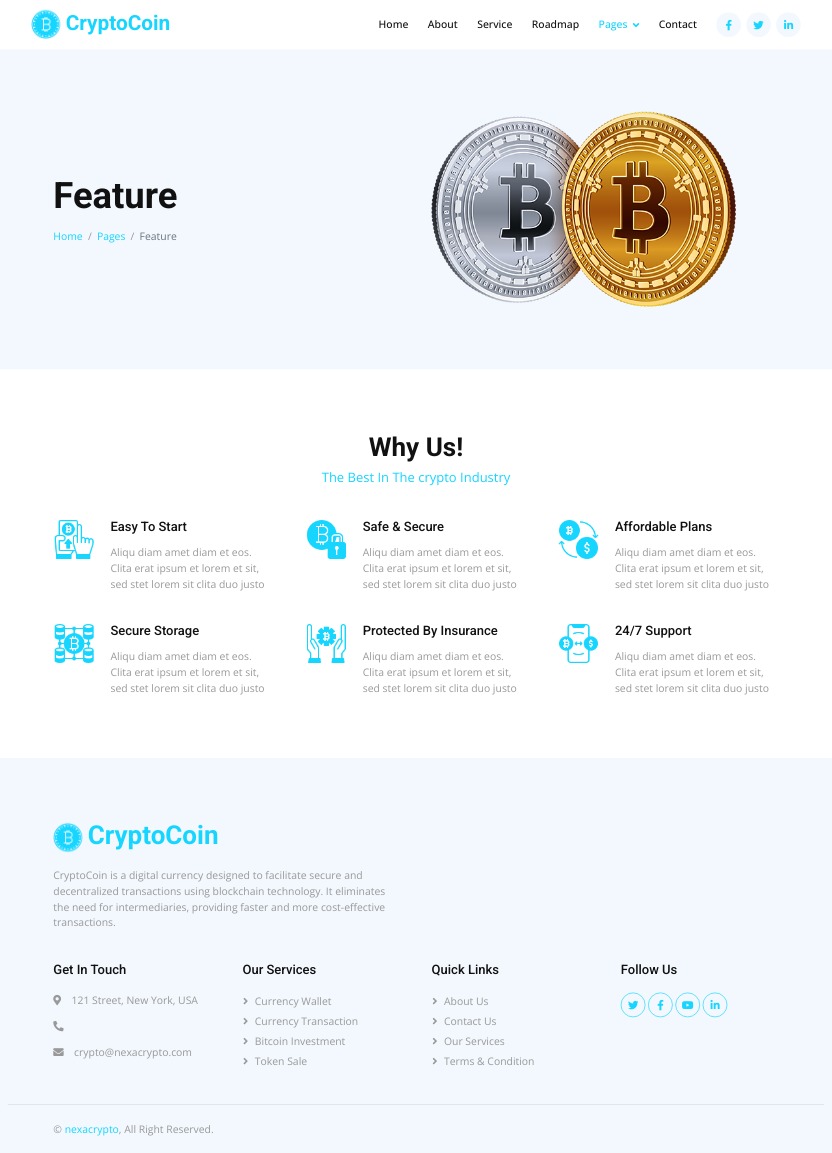
Repository: meenadabhii/nexacrypto
Page: feature.html
The author's editor kept a copy of each file at every save. The page is drawn from the files as they stood at one save, then again after the next save.
The browser window is 1280 px wide. The pictures show the whole page, at 65% of full size.
Some web libraries are served in a nearby version.

Above is the page before, as saved 2025-03-21 17:09:50.

### feature.html
<!DOCTYPE html>
<html lang="en">

<head>
    <meta charset="utf-8">
    <title>CryptoCoin - Free Cryptocurrency Website Template</title>
    <meta content="width=device-width, initial-scale=1.0" name="viewport">
    <meta content="" name="keywords">
    <meta content="" name="description">

    <!-- Favicon -->
    <link href="img/favicon.ico" rel="icon">

    <!-- Google Web Fonts -->
    <link rel="preconnect" href="https://fonts.googleapis.com">
    <link rel="preconnect" href="https://fonts.gstatic.com" crossorigin>
    <link href="https://fonts.googleapis.com/css2?family=Open+Sans:wght@400;500&family=Roboto:wght@500;700&display=swap" rel="stylesheet">

    <!-- Icon Font Stylesheet -->
    <link href="https://cdnjs.cloudflare.com/ajax/libs/font-awesome/5.10.0/css/all.min.css" rel="stylesheet">
    <link href="https://cdn.jsdelivr.net/npm/bootstrap-icons@1.4.1/font/bootstrap-icons.css" rel="stylesheet">

    <!-- Libraries Stylesheet -->
    <link href="lib/animate/animate.min.css" rel="stylesheet">
    <link href="lib/owlcarousel/assets/owl.carousel.min.css" rel="stylesheet">

    <!-- Customized Bootstrap Stylesheet -->
    <link href="css/bootstrap.min.css" rel="stylesheet">

    <!-- Template Stylesheet -->
    <link href="css/style.css" rel="stylesheet">
</head>

<body>
    <!-- Spinner Start -->
    <div id="spinner" class="show bg-white position-fixed translate-middle w-100 vh-100 top-50 start-50 d-flex align-items-center justify-content-center">
        <div class="spinner-grow text-primary" role="status"></div>
    </div>
    <!-- Spinner End -->


    <!-- Navbar Start -->
    <nav class="navbar navbar-expand-lg bg-white navbar-light sticky-top p-0 px-4 px-lg-5">
        <a href="index.html" class="navbar-brand d-flex align-items-center">
            <h2 class="m-0 text-primary"><img class="img-fluid me-2" src="img/icon-1.png" alt="" style="width: 45px;">CryptoCoin</h2>
        </a>
        <button type="button" class="navbar-toggler" data-bs-toggle="collapse" data-bs-target="#navbarCollapse">
            <span class="navbar-toggler-icon"></span>
        </button>
        <div class="collapse navbar-collapse" id="navbarCollapse">
            <div class="navbar-nav ms-auto py-4 py-lg-0">
                <a href="index.html" class="nav-item nav-link">Home</a>
                <a href="about.html" class="nav-item nav-link">About</a>
                <a href="service.html" class="nav-item nav-link">Service</a>
                <a href="roadmap.html" class="nav-item nav-link">Roadmap</a>
                <div class="nav-item dropdown">
                    <a href="#" class="nav-link dropdown-toggle active" data-bs-toggle="dropdown">Pages</a>
                    <div class="dropdown-menu shadow-sm m-0">
                        <a href="feature.html" class="dropdown-item active">Feature</a>
                        <a href="token.html" class="dropdown-item">Token Sale</a>
                        <a href="faq.html" class="dropdown-item">FAQs</a>
                        <a href="404.html" class="dropdown-item">404 Page</a>
                    </div>
                </div>
                <a href="contact.html" class="nav-item nav-link">Contact</a>
            </div>
            <div class="h-100 d-lg-inline-flex align-items-center d-none">
                <a class="btn btn-square rounded-circle bg-light text-primary me-2" href=""><i class="fab fa-facebook-f"></i></a>
                <a class="btn btn-square rounded-circle bg-light text-primary me-2" href=""><i class="fab fa-twitter"></i></a>
                <a class="btn btn-square rounded-circle bg-light text-primary me-0" href=""><i class="fab fa-linkedin-in"></i></a>
            </div>
        </div>
    </nav>
    <!-- Navbar End -->


    <!-- Header Start -->
    <div class="container-fluid hero-header bg-light py-5 mb-5">
        <div class="container py-5">
            <div class="row g-5 align-items-center">
                <div class="col-lg-6">
                    <h1 class="display-4 mb-3 animated slideInDown">Feature</h1>
                    <nav aria-label="breadcrumb animated slideInDown">
                        <ol class="breadcrumb mb-0">
                            <li class="breadcrumb-item"><a href="#">Home</a></li>
                            <li class="breadcrumb-item"><a href="#">Pages</a></li>
                            <li class="breadcrumb-item active" aria-current="page">Feature</li>
                        </ol>
                    </nav>
                </div>
                <div class="col-lg-6 animated fadeIn">
                    <img class="img-fluid animated pulse infinite" style="animation-duration: 3s;" src="img/hero-2.png" alt="">
                </div>
            </div>
        </div>
    </div>
    <!-- Header End -->


    <!-- Features Start -->
    <div class="container-xxl py-5">
        <div class="container">
            <div class="text-center mx-auto wow fadeInUp" data-wow-delay="0.1s" style="max-width: 500px;">
                <h1 class="display-6">Why Us!</h1>
                <p class="text-primary fs-5 mb-5">The Best In The crypto Industry</p>
            </div>
            <div class="row g-5">
                <div class="col-lg-4 col-md-6 wow fadeInUp" data-wow-delay="0.1s">
                    <div class="d-flex align-items-start">
                        <img class="img-fluid flex-shrink-0" src="img/icon-7.png" alt="">
                        <div class="ps-4">
                            <h5 class="mb-3">Easy To Start</h5>
                            <span>Aliqu diam amet diam et eos. Clita erat ipsum et lorem et sit, sed stet lorem sit clita duo justo</span>
                        </div>
                    </div>
                </div>
                <div class="col-lg-4 col-md-6 wow fadeInUp" data-wow-delay="0.3s">
                    <div class="d-flex align-items-start">
                        <img class="img-fluid flex-shrink-0" src="img/icon-6.png" alt="">
                        <div class="ps-4">
                            <h5 class="mb-3">Safe & Secure</h5>
                            <span>Aliqu diam amet diam et eos. Clita erat ipsum et lorem et sit, sed stet lorem sit clita duo justo</span>
                        </div>
                    </div>
                </div>
                <div class="col-lg-4 col-md-6 wow fadeInUp" data-wow-delay="0.5s">
                    <div class="d-flex align-items-start">
                        <img class="img-fluid flex-shrink-0" src="img/icon-5.png" alt="">
                        <div class="ps-4">
                            <h5 class="mb-3">Affordable Plans</h5>
                            <span>Aliqu diam amet diam et eos. Clita erat ipsum et lorem et sit, sed stet lorem sit clita duo justo</span>
                        </div>
                    </div>
                </div>
                <div class="col-lg-4 col-md-6 wow fadeInUp" data-wow-delay="0.1s">
                    <div class="d-flex align-items-start">
                        <img class="img-fluid flex-shrink-0" src="img/icon-4.png" alt="">
                        <div class="ps-4">
                            <h5 class="mb-3">Secure Storage</h5>
                            <span>Aliqu diam amet diam et eos. Clita erat ipsum et lorem et sit, sed stet lorem sit clita duo justo</span>
                        </div>
                    </div>
                </div>
                <div class="col-lg-4 col-md-6 wow fadeInUp" data-wow-delay="0.3s">
                    <div class="d-flex align-items-start">
                        <img class="img-fluid flex-shrink-0" src="img/icon-3.png" alt="">
                        <div class="ps-4">
                            <h5 class="mb-3">Protected By Insurance</h5>
                            <span>Aliqu diam amet diam et eos. Clita erat ipsum et lorem et sit, sed stet lorem sit clita duo justo</span>
                        </div>
                    </div>
                </div>
                <div class="col-lg-4 col-md-6 wow fadeInUp" data-wow-delay="0.5s">
                    <div class="d-flex align-items-start">
                        <img class="img-fluid flex-shrink-0" src="img/icon-8.png" alt="">
                        <div class="ps-4">
                            <h5 class="mb-3">24/7 Support</h5>
                            <span>Aliqu diam amet diam et eos. Clita erat ipsum et lorem et sit, sed stet lorem sit clita duo justo</span>
                        </div>
                    </div>
                </div>
            </div>
        </div>
    </div>
    <!-- Features End -->


    <!-- Footer Start -->
    <div class="container-fluid bg-light footer mt-5 pt-5 wow fadeIn" data-wow-delay="0.1s">
        <div class="container py-5">
            <div class="row g-5">
                <div class="col-md-6">
                    <h1 class="text-primary mb-4"><img class="img-fluid me-2" src="img/icon-1.png" alt="" style="width: 45px;">CryptoCoin</h1>
                    <span>CryptoCoin is a digital currency designed to facilitate secure and decentralized transactions using blockchain technology. It eliminates the need for intermediaries, providing faster and more cost-effective transactions.</span>
                </div>
                <div class="col-md-6">
                </div>
                <div class="col-lg-3 col-md-6">
                    <h5 class="mb-4">Get In Touch</h5>
                    <p><i class="fa fa-map-marker-alt me-3"></i>121 Street, New York, USA</p>
                    <p><i class="fa fa-phone-alt me-3"></i></p>
                    <p><i class="fa fa-envelope me-3"></i>crypto@nexacrypto.com</p>
                </div>
                <div class="col-lg-3 col-md-6">
                    <h5 class="mb-4">Our Services</h5>
                    <a class="btn btn-link" href="">Currency Wallet</a>
                    <a class="btn btn-link" href="">Currency Transaction</a>
                    <a class="btn btn-link" href="">Bitcoin Investment</a>
                    <a class="btn btn-link" href="">Token Sale</a>
                </div>
                <div class="col-lg-3 col-md-6">
                    <h5 class="mb-4">Quick Links</h5>
                    <a class="btn btn-link" href="">About Us</a>
                    <a class="btn btn-link" href="">Contact Us</a>
                    <a class="btn btn-link" href="">Our Services</a>
                    <a class="btn btn-link" href="">Terms & Condition</a>
                </div>
                <div class="col-lg-3 col-md-6">
                    <h5 class="mb-4">Follow Us</h5>
                    <div class="d-flex">
                        <a class="btn btn-square rounded-circle me-1" href=""><i class="fab fa-twitter"></i></a>
                        <a class="btn btn-square rounded-circle me-1" href=""><i class="fab fa-facebook-f"></i></a>
                        <a class="btn btn-square rounded-circle me-1" href=""><i class="fab fa-youtube"></i></a>
                        <a class="btn btn-square rounded-circle me-1" href=""><i class="fab fa-linkedin-in"></i></a>
                    </div>
                </div>
            </div>
        </div>
        <div class="container-fluid copyright">
            <div class="container">
                <div class="row">
                    <div class="col-md-6 text-center text-md-start mb-3 mb-md-0">
                        &copy; <a href="#">nexacrypto</a>, All Right Reserved.
                    </div>

                </div>
            </div>
        </div>
    </div>
    <!-- Footer End -->


    <!-- Back to Top -->
    <a href="#" class="btn btn-lg btn-primary btn-lg-square rounded-circle back-to-top"><i class="bi bi-arrow-up"></i></a>


    <!-- JavaScript Libraries -->
    <script src="https://code.jquery.com/jquery-3.4.1.min.js"></script>
    <script src="https://cdn.jsdelivr.net/npm/bootstrap@5.0.0/dist/js/bootstrap.bundle.min.js"></script>
    <script src="lib/wow/wow.min.js"></script>
    <script src="lib/easing/easing.min.js"></script>
    <script src="lib/waypoints/waypoints.min.js"></script>
    <script src="lib/owlcarousel/owl.carousel.min.js"></script>
    <script src="lib/counterup/counterup.min.js"></script>

    <!-- Template Javascript -->
    <script src="js/main.js"></script>
</body>

</html>

### css/style.css
/********** Template CSS **********/
:root {
    --primary: #16D5FF;
    --secondary: #999999;
    --light: #F2F8FE;
    --dark: #111111;
}

.back-to-top {
    position: fixed;
    display: none;
    right: 30px;
    bottom: 60px;
    z-index: 99;
}

h4,
h5,
h6,
.h4,
.h5,
.h6 {
    font-weight: 500 !important;
}


/*** Spinner ***/
#spinner {
    opacity: 0;
    visibility: hidden;
    transition: opacity .5s ease-out, visibility 0s linear .5s;
    z-index: 99999;
}

#spinner.show {
    transition: opacity .5s ease-out, visibility 0s linear 0s;
    visibility: visible;
    opacity: 1;
}


/*** Button ***/
.btn {
    font-weight: 500;
    transition: .5s;
}

.btn.btn-primary {
    color: #FFFFFF;
}

.btn-square {
    width: 38px;
    height: 38px;
}

.btn-sm-square {
    width: 32px;
    height: 32px;
}

.btn-lg-square {
    width: 48px;
    height: 48px;
}

.btn-square,
.btn-sm-square,
.btn-lg-square {
    padding: 0;
    display: flex;
    align-items: center;
    justify-content: center;
    font-weight: normal;
}


/*** Navbar ***/
.navbar.sticky-top {
    top: -100px;
    transition: .5s;
}

.navbar .navbar-brand {
    height: 75px;
}

.navbar .navbar-nav .nav-link {
    margin-right: 30px;
    padding: 25px 0;
    color: var(--dark);
    font-weight: 500;
    outline: none;
}

.navbar .navbar-nav .nav-link:hover,
.navbar .navbar-nav .nav-link.active {
    color: var(--primary);
}

.navbar .dropdown-toggle::after {
    border: none;
    content: "\f107";
    font-family: "Font Awesome 5 Free";
    font-weight: 900;
    vertical-align: middle;
    margin-left: 8px;
}

@media (max-width: 991.98px) {
    .navbar .navbar-nav .nav-link  {
        margin-right: 0;
        padding: 10px 0;
    }

    .navbar .navbar-nav {
        border-top: 1px solid #EEEEEE;
    }
}

@media (min-width: 992px) {
    .navbar .nav-item .dropdown-menu {
        display: block;
        border: none;
        margin-top: 0;
        top: 150%;
        opacity: 0;
        visibility: hidden;
        transition: .5s;
    }

    .navbar .nav-item:hover .dropdown-menu {
        top: 100%;
        visibility: visible;
        transition: .5s;
        opacity: 1;
    }
}

.navbar .btn:hover {
    color: #FFFFFF !important;
    background: var(--primary) !important;
}


/*** Header ***/
.hero-header .breadcrumb-item+.breadcrumb-item::before {
    color: var(--secondary);
}


/*** Service ***/
.service-item {
    position: relative;
    overflow: hidden;
}

.service-item::after {
    position: absolute;
    content: "";
    width: 0;
    height: 0;
    top: -80px;
    right: -80px;
    border: 80px solid;
    transform: rotate(45deg);
    opacity: 1;
    transition: .5s;
}

.service-item.bg-white::after {
    border-color: transparent transparent var(--light) transparent;
}

.service-item.bg-light::after {
    border-color: transparent transparent #FFFFFF transparent;
}

.service-item:hover::after {
    opacity: 0;
}


/*** Roadmap ***/
.roadmap-carousel {
    position: relative;
}

.roadmap-carousel::before {
    position: absolute;
    content: "";
    height: 0;
    width: 100%;
    top: 20px;
    left: 0;
    border-top: 2px dashed var(--secondary);
}

.roadmap-carousel .roadmap-item .roadmap-point {
    position: absolute;
    width: 30px;
    height: 30px;
    top: 6px;
    left: 50%;
    margin-left: -15px;
    background: #FFFFFF;
    border: 2px solid var(--primary);
    transform: rotate(45deg);
    display: flex;
    align-items: center;
    justify-content: center;
}

.roadmap-carousel .roadmap-item .roadmap-point span {
    display: block;
    width: 18px;
    height: 18px;
    background: var(--primary);
}

.roadmap-carousel .roadmap-item {
    position: relative;
    padding-top: 150px;
    text-align: center;
}

.roadmap-carousel .roadmap-item::before {
    position: absolute;
    content: "";
    width: 0;
    height: 115px;
    top: 0;
    left: 50%;
    transform: translateX(-50%);
    border-right: 2px dashed var(--secondary);
}

.roadmap-carousel .roadmap-item::after {
    position: absolute;
    content: "";
    width: 14px;
    height: 14px;
    top: 111px;
    left: 50%;
    margin-left: -7px;
    transform: rotate(45deg);
    background: var(--primary);
}

.roadmap-carousel .owl-nav {
    margin-top: 40px;
    display: flex;
    justify-content: center;
}

.roadmap-carousel .owl-nav .owl-prev,
.roadmap-carousel .owl-nav .owl-next {
    margin: 0 12px;
    width: 50px;
    height: 50px;
    display: flex;
    align-items: center;
    justify-content: center;
    border-radius: 50px;
    font-size: 22px;
    color: var(--light);
    background: var(--primary);
    transition: .5s;
}

.roadmap-carousel .owl-nav .owl-prev:hover,
.roadmap-carousel .owl-nav .owl-next:hover {
    color: var(--primary);
    background: var(--dark);
}


/*** FAQs ***/
.accordion .accordion-item {
    border: none;
    margin-bottom: 15px;
}

.accordion .accordion-button {
    background: var(--light);
    border-radius: 2px;
}

.accordion .accordion-button:not(.collapsed) {
    color: #FFFFFF;
    background: var(--primary);
    box-shadow: none;
}

.accordion .accordion-button:not(.collapsed)::after {
    background-image: url("data:[embedded picture, 261 characters]");
}

.accordion .accordion-body {
    padding: 15px 0 0 0;
}


/*** Footer ***/
.footer .btn.btn-link {
    display: block;
    margin-bottom: 5px;
    padding: 0;
    text-align: left;
    color: var(--secondary);
    font-weight: normal;
    text-transform: capitalize;
    transition: .3s;
}

.footer .btn.btn-link::before {
    position: relative;
    content: "\f105";
    font-family: "Font Awesome 5 Free";
    font-weight: 900;
    color: var(--secondary);
    margin-right: 10px;
}

.footer .btn.btn-link:hover {
    color: var(--primary);
    letter-spacing: 1px;
    box-shadow: none;
}

.footer .btn.btn-square {
    color: var(--primary);
    border: 1px solid var(--primary);
}

.footer .btn.btn-square:hover {
    color: #FFFFFF;
    background: var(--primary);
}

.footer .copyright {
    padding: 25px 0;
    border-top: 1px solid rgba(17, 17, 17, .1);
}

.footer .copyright a {
    color: var(--primary);
}

.footer .copyright a:hover {
    color: var(--dark);
}

Loaded but not shown: lib/animate/animate.min.css (library); lib/owlcarousel/assets/owl.carousel.min.css (common file); css/bootstrap.min.css (library); lib/wow/wow.min.js (library); lib/easing/easing.min.js (common file); lib/waypoints/waypoints.min.js (library); lib/owlcarousel/owl.carousel.min.js (library); lib/counterup/counterup.min.js (common file); js/main.js (109 lines, source omitted)

After the next save:
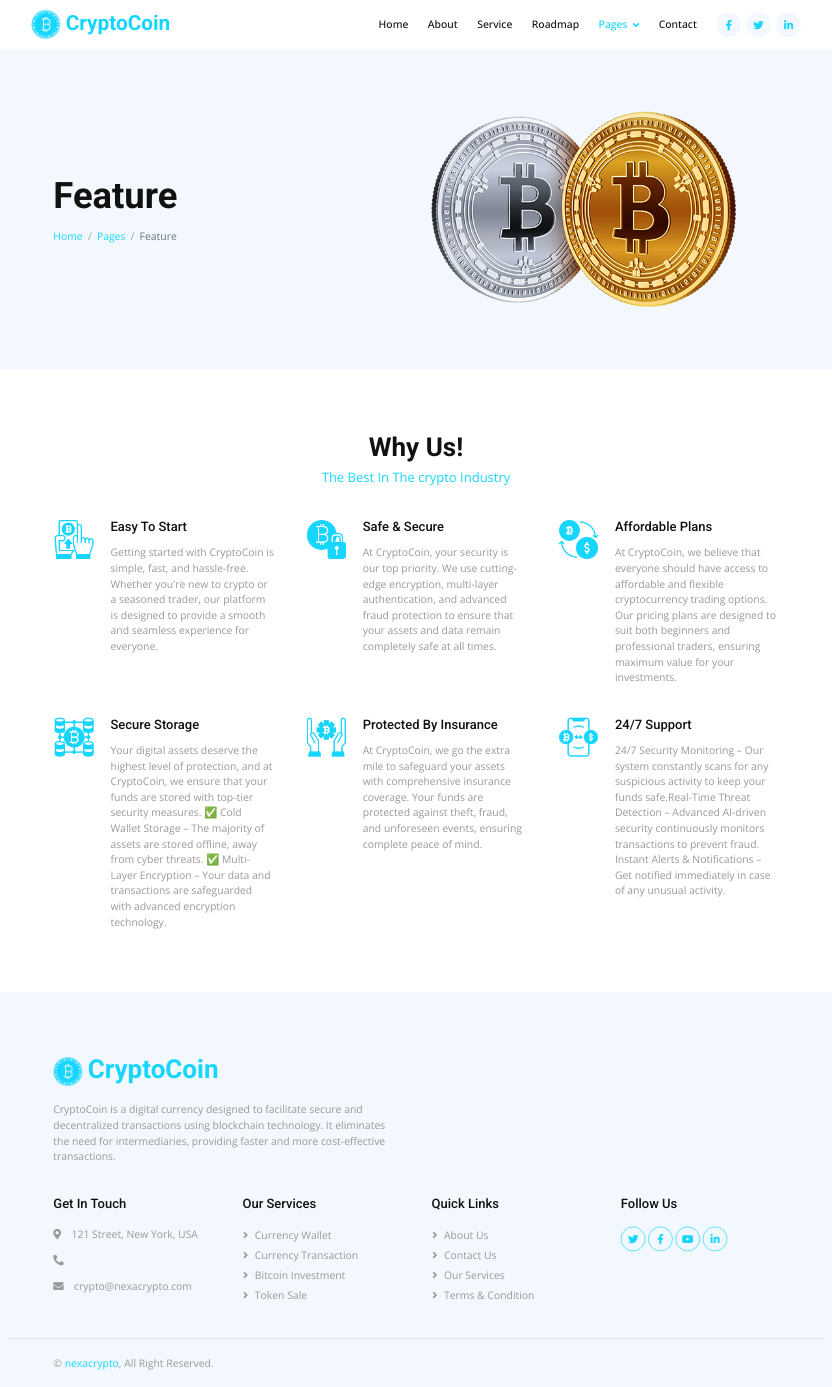
Saved 30 s later.
--- a/feature.html
+++ b/feature.html
@@ -110,7 +110,7 @@
                         <img class="img-fluid flex-shrink-0" src="img/icon-7.png" alt="">
                         <div class="ps-4">
                             <h5 class="mb-3">Easy To Start</h5>
-                            <span>Aliqu diam amet diam et eos. Clita erat ipsum et lorem et sit, sed stet lorem sit clita duo justo</span>
+                            <span>Getting started with CryptoCoin is simple, fast, and hassle-free. Whether you're new to crypto or a seasoned trader, our platform is designed to provide a smooth and seamless experience for everyone.</span>
                         </div>
                     </div>
                 </div>
@@ -119,7 +119,7 @@
                         <img class="img-fluid flex-shrink-0" src="img/icon-6.png" alt="">
                         <div class="ps-4">
                             <h5 class="mb-3">Safe & Secure</h5>
-                            <span>Aliqu diam amet diam et eos. Clita erat ipsum et lorem et sit, sed stet lorem sit clita duo justo</span>
+                            <span>At CryptoCoin, your security is our top priority. We use cutting-edge encryption, multi-layer authentication, and advanced fraud protection to ensure that your assets and data remain completely safe at all times.</span>
                         </div>
                     </div>
                 </div>
@@ -128,7 +128,7 @@
                         <img class="img-fluid flex-shrink-0" src="img/icon-5.png" alt="">
                         <div class="ps-4">
                             <h5 class="mb-3">Affordable Plans</h5>
-                            <span>Aliqu diam amet diam et eos. Clita erat ipsum et lorem et sit, sed stet lorem sit clita duo justo</span>
+                            <span>At CryptoCoin, we believe that everyone should have access to affordable and flexible cryptocurrency trading options. Our pricing plans are designed to suit both beginners and professional traders, ensuring maximum value for your investments.</span>
                         </div>
                     </div>
                 </div>
@@ -137,7 +137,9 @@
                         <img class="img-fluid flex-shrink-0" src="img/icon-4.png" alt="">
                         <div class="ps-4">
                             <h5 class="mb-3">Secure Storage</h5>
-                            <span>Aliqu diam amet diam et eos. Clita erat ipsum et lorem et sit, sed stet lorem sit clita duo justo</span>
+                            <span>Your digital assets deserve the highest level of protection, and at CryptoCoin, we ensure that your funds are stored with top-tier security measures.
+                                ✅ Cold Wallet Storage – The majority of assets are stored offline, away from cyber threats.
+                                ✅ Multi-Layer Encryption – Your data and transactions are safeguarded with advanced encryption technology.</span>
                         </div>
                     </div>
                 </div>
@@ -146,7 +148,7 @@
                         <img class="img-fluid flex-shrink-0" src="img/icon-3.png" alt="">
                         <div class="ps-4">
                             <h5 class="mb-3">Protected By Insurance</h5>
-                            <span>Aliqu diam amet diam et eos. Clita erat ipsum et lorem et sit, sed stet lorem sit clita duo justo</span>
+                            <span>At CryptoCoin, we go the extra mile to safeguard your assets with comprehensive insurance coverage. Your funds are protected against theft, fraud, and unforeseen events, ensuring complete peace of mind.</span>
                         </div>
                     </div>
                 </div>
@@ -155,7 +157,9 @@
                         <img class="img-fluid flex-shrink-0" src="img/icon-8.png" alt="">
                         <div class="ps-4">
                             <h5 class="mb-3">24/7 Support</h5>
-                            <span>Aliqu diam amet diam et eos. Clita erat ipsum et lorem et sit, sed stet lorem sit clita duo justo</span>
+                            <span> 24/7 Security Monitoring – Our system constantly scans for any suspicious activity to keep your funds safe.Real-Time Threat Detection – Advanced AI-driven security continuously monitors transactions to prevent fraud.
+                                Instant Alerts & Notifications – Get notified immediately in case of any unusual activity.
+                               </span>
                         </div>
                     </div>
                 </div>
